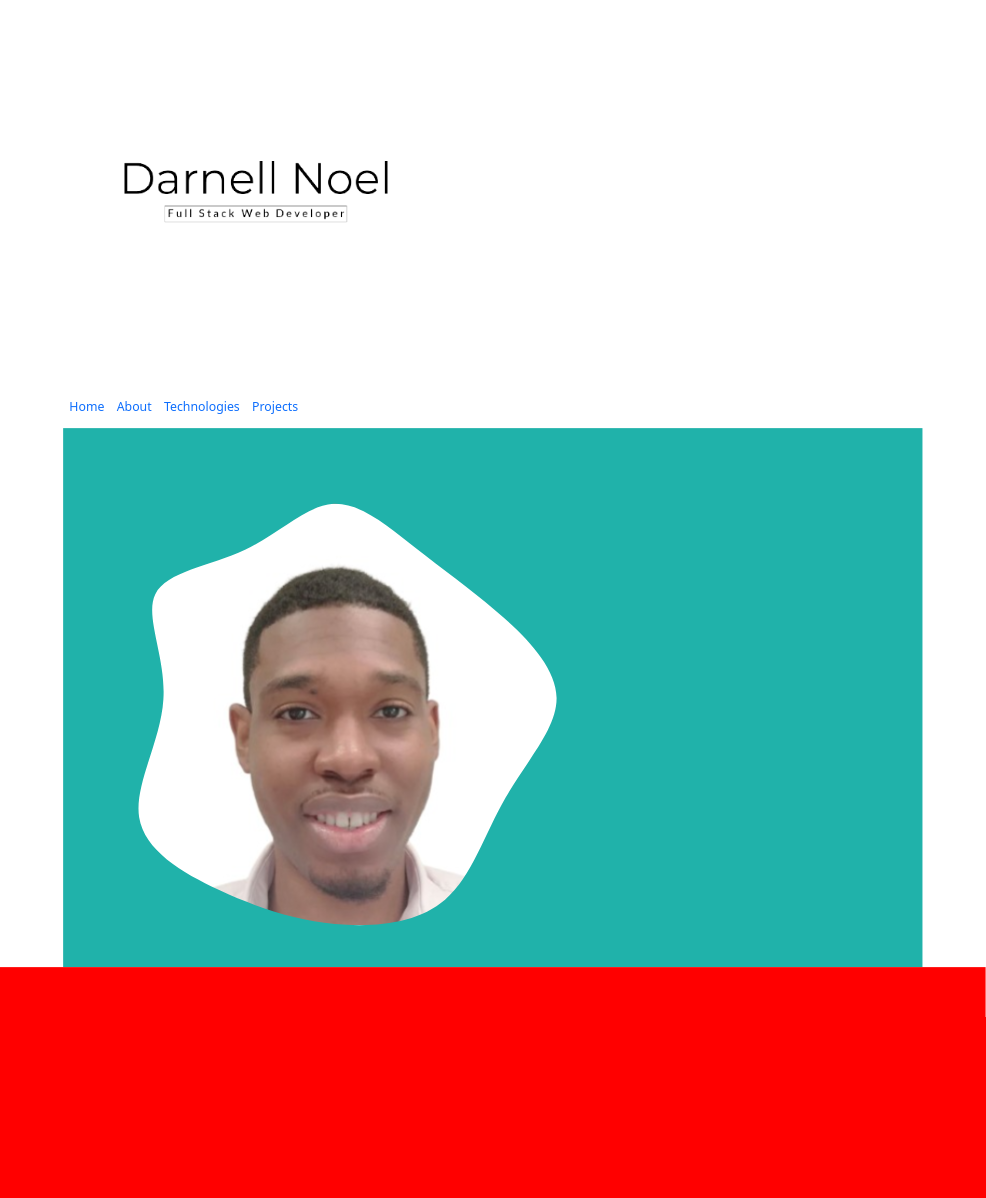
Repository: DNoel26/My_Dev_Portfolio
Page: index.html
An editor plug-in stored every save of this project. The page is shown before and after the next save, followed by the edit.
The browser window is 1280 px wide. The pictures show the whole page, at 77% of full size.

Above is the page before, as saved 2021-01-28 18:35:39.

### index.html
<!DOCTYPE html>
<html lang="en">
<head>
    <meta charset="UTF-8">
    <meta name="viewport" content="width=device-width, initial-scale=1.0">
    <title>Homepage | Darnell Noel | Professional Portfolio | Full Stack Web Development</title>
    <link href="https://cdn.jsdelivr.net/npm/bootstrap@5.0.0-beta1/dist/css/bootstrap.min.css" rel="stylesheet" integrity="sha384-giJF6kkoqNQ00vy+HMDP7azOuL0xtbfIcaT9wjKHr8RbDVddVHyTfAAsrekwKmP1" crossorigin="anonymous">
    <link rel="stylesheet" href="/css/style.css">
</head>
<body>
    <header>
        <div class="container">
            <nav class="">
                <!--Logo-->
                <a href="/" class="navbar-brand"><img src="/img/Darnell Noel-logos_black_no_bg.png" alt="Darnell Noel's Full Stack Web Development Logo for his portfolio" class="img-fluid logo"></a>
            </nav>
            <nav class="navbar navbar-expand-md">
                <!--Nav Links-->
                <ul class="navbar-nav">
                    <li class="nav-item">
                        <a href="/" class="nav-link">Home</a>
                    </li>
                    <li class="nav-item">
                        <a href="#about" class="nav-link">About</a>
                    </li>
                    <li class="nav-item">
                        <a href="#technologies" class="nav-link">Technologies</a>
                    </li>
                    <li class="nav-item">
                        <a href="#projects" class="nav-link">Projects</a>
                    </li>
                </ul>
            </nav>
        </div>
    </header>
    <main>
        <div>
            <section class="container hero">
                <div class="mx-auto">
                    <!--<img src="/img/profile_pic.jpg" alt="Darnell Noel's profile pic" class="prof-pic svg-clip">-->
                    <svg viewBox="0 0 200 200" xmlns="http://www.w3.org/2000/svg">
                        <defs>
                            <pattern id="img-pattern" x="-0.15" y="0" width="1.15" height="1">
                                <image href="/img/profile_pic_white_bg.jpg"/>
                            </pattern>
                        </defs>
                        <path fill="url(#img-pattern)" d="M30.8,-55.5C40.8,-47.6,50.2,-41,60.8,-32C71.3,-23,82.9,-11.5,83.1,0.1C83.2,11.7,72,23.4,64.2,37.1C56.3,50.7,51.8,66.4,41.7,75C31.6,83.7,15.8,85.4,0.8,84C-14.1,82.5,-28.2,77.9,-42.1,71.4C-56.1,64.9,-69.9,56.6,-71.8,44.4C-73.7,32.2,-63.7,16.1,-62.8,0.6C-61.8,-15,-69.9,-30,-65.8,-38.4C-61.7,-46.9,-45.5,-48.8,-32.5,-54.9C-19.5,-61,-9.8,-71.3,0.3,-71.9C10.4,-72.4,20.9,-63.3,30.8,-55.5Z" transform="translate(100 100)" />

                        <!--<defs>
                            <clipPath id="svg-clip">
                                <path d="M45.8,-76.7C59.5,-71.3,70.9,-59.4,77.1,-45.6C83.2,-31.7,84.1,-15.8,84.8,0.4C85.4,16.6,85.9,33.2,78.2,44.4C70.5,55.6,54.6,61.4,40.2,65.7C25.9,70.1,12.9,72.9,-0.9,74.5C-14.7,76,-29.4,76.2,-41.2,70.4C-53,64.5,-61.8,52.7,-69.1,39.9C-76.3,27.2,-82,13.6,-82.4,-0.2C-82.7,-14,-77.7,-28,-69.4,-38.9C-61,-49.7,-49.4,-57.5,-37.2,-63.8C-25.1,-70,-12.6,-74.8,1.7,-77.8C16,-80.8,32,-82,45.8,-76.7Z" transform="translate(100 100)" />
                            </clipPath>
                        </defs>-->
                    </svg>
                </div>
            </section>
        </div>
    </main>
    <footer>
        <div class="container-fluid">

        </div>
    </footer>
    <script src="https://cdn.jsdelivr.net/npm/bootstrap@5.0.0-beta1/dist/js/bootstrap.bundle.min.js" integrity="sha384-ygbV9kiqUc6oa4msXn9868pTtWMgiQaeYH7/t7LECLbyPA2x65Kgf80OJFdroafW" crossorigin="anonymous"></script>
</body>
</html>

### css/style.css
header {
    /*height: 150px;
    background-color: blue;*/
}

footer {
    background-color: red;
    height: 300px;
}

.hero > div:first-child {
    height: 700px;
    background-color: lightseagreen;
}

.prof-pic.svg-clip {
    height: 100%;
    -webkit-clip-path: url(#svg-clip);
    clip-path: url(#svg-clip);
}

svg,
svg image {
    height: 100%;
    width: auto;
}

After the next save:
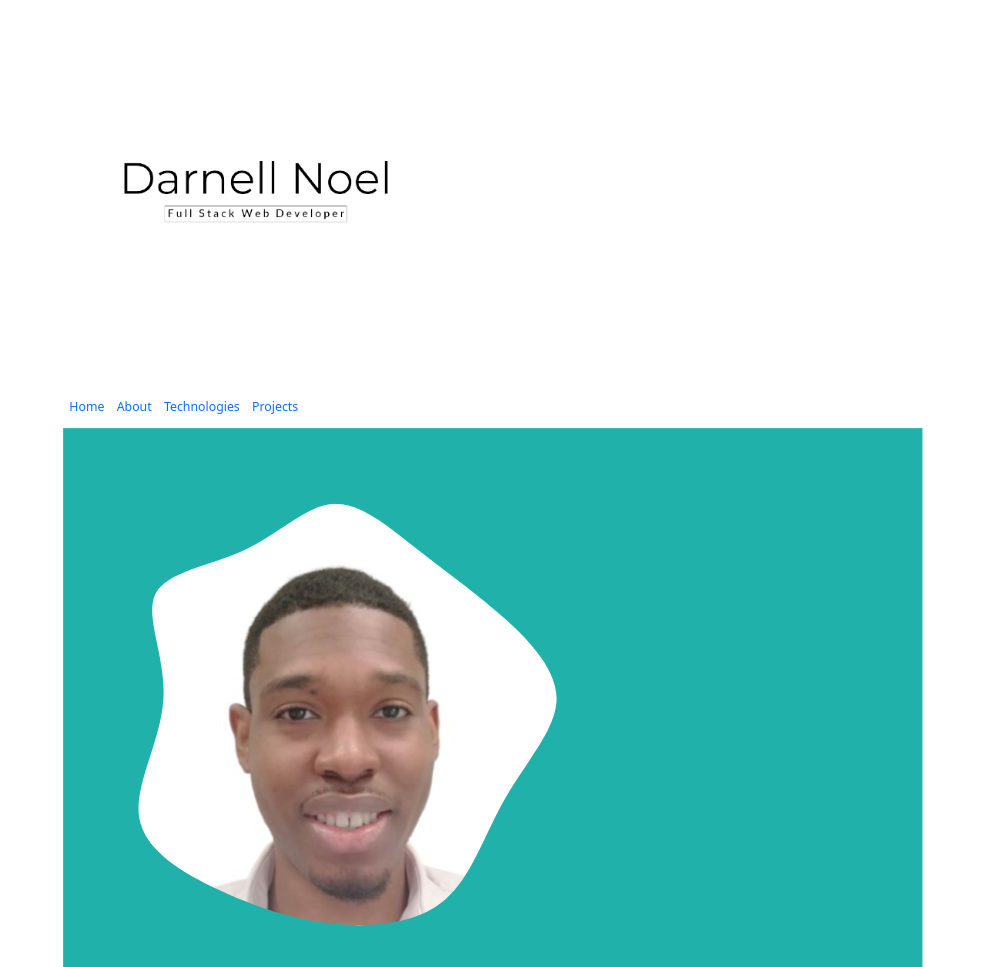
Saved 57 s later.
--- a/css/style.css
+++ b/css/style.css
@@ -2,6 +2,8 @@
     /*height: 150px;
     background-color: blue;*/
 }
+
+head
 
 footer {
     background-color: red;

After the 4 saves that followed:
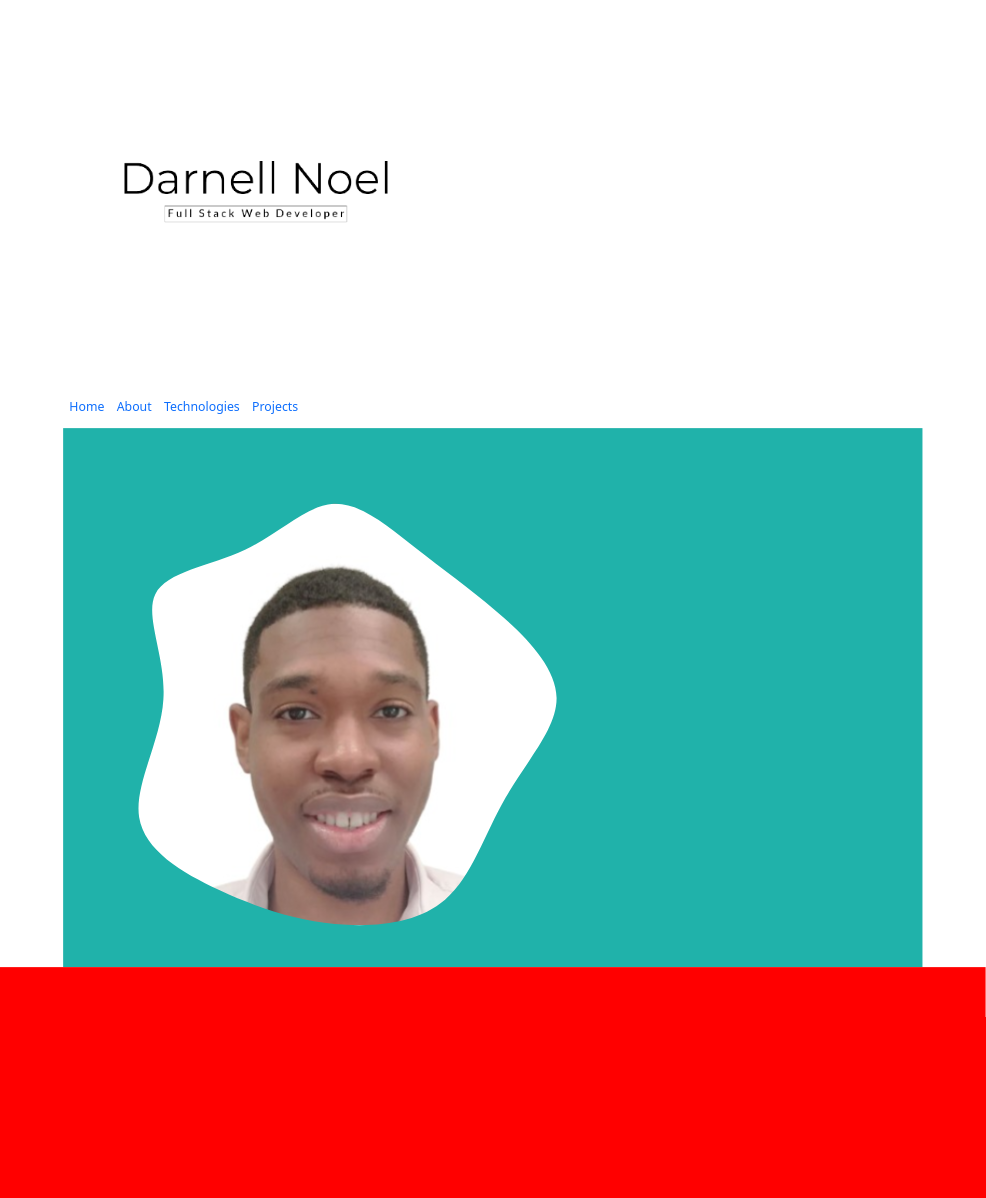
The 4 saves are shown as one change because they came seconds apart.
The last was saved 12 s later.
--- a/css/style.css
+++ b/css/style.css
@@ -3,7 +3,9 @@
     background-color: blue;*/
 }
 
-head
+header nav:first-child {
+    height: ;
+}
 
 footer {
     background-color: red;
